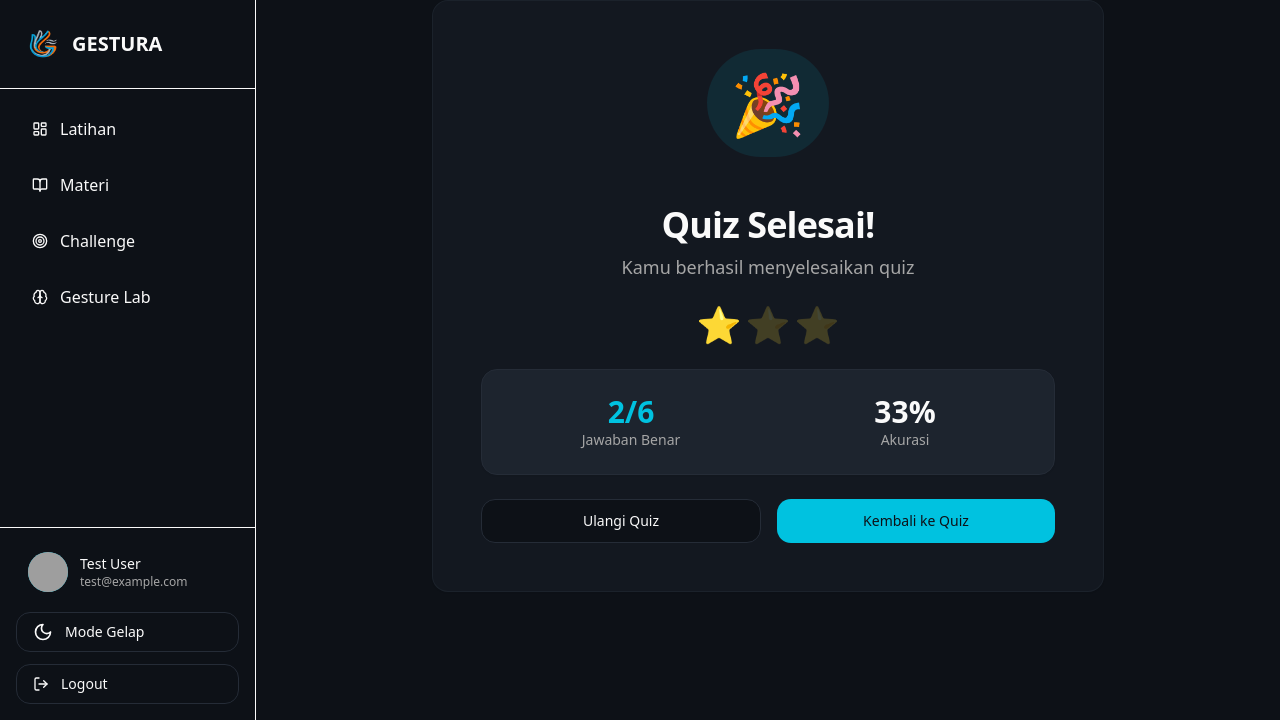
Repository: Tisna7/GESTURA
Page: http://localhost/latihan-isi-4
The author's editor kept a copy of each file at every save. The page is drawn from the files as they stood at one save, then again after the next save.
The browser window is 1280 px wide. The pictures show the whole page.
Pictures or frames that could not be fetched are drawn as grey boxes. The page is served by the project's Laravel application, run on PHP 8.4 with Laravel 12. A made-up administrator, Test User (test@example.com), is signed in. Other server files are loaded and not shown. Style sheets and scripts are compiled from the project's sources, by tool versions that may differ from the author's.

Above is the page before, as saved 2025-11-23 21:51:35.

### app/Providers/AppServiceProvider.php
<?php

namespace App\Providers;

use Illuminate\Support\ServiceProvider;

class AppServiceProvider extends ServiceProvider
{
    /**
     * Register any application services.
     */
    public function register(): void
    {

    }

    /**
     * Bootstrap any application services.
     */
    public function boot(): void
    {

    }
}

### routes/web.php
<?php

use Illuminate\Support\Facades\Route;
use App\Http\Controllers\AuthController;
use App\Http\Controllers\ProfileController;

Route::get('/', function () {
    return view('landingpage');
});

Route::get('/auth', [AuthController::class, 'showPage'])->name('auth.page');

// Route::post('/register', [AuthController::class, 'register'])->name('register');

// Route::post('/login', [AuthController::class, 'login'])->name('login');
// Route::post('/logout', [AuthController::class, 'logout'])->name('logout');


// REGISTER
Route::post('/register', [AuthController::class, 'register'])->name('auth.register');

// LOGIN
Route::post('/login', [AuthController::class, 'login'])->name('auth.login');

// LOGIN GUEST
Route::get('/login/guest', [AuthController::class, 'loginGuest'])->name('auth.guest');

// LOGOUT
Route::get('/logout', [AuthController::class, 'logout'])->name('auth.logout');


Route::get('/profile/edit', [ProfileController::class, 'edit'])->name('profile.edit');
Route::put('/profile/update', [ProfileController::class, 'update'])->name('profile.update');


Route::get('/profile', function () {
    return view('user.profile');
});
Route::get('/materi', function () {
    return view('user.materi');
});
Route::get('/gesturelab', function () {
    return view('user.gesture-lab-practice');
});
Route::get('/gesture-lab-translate', function () {
    return view('user.gesture-lab-translate');
});
Route::get('/materi-isi', function () {
    return view('user.materi-isi');
});
Route::get('/latihan', function () {
    return view('user.quiz');
});
Route::get('/latihan-isi-1', function () {
    return view('user.quiz-isi-1');
});
Route::get('/latihan-isi-2', function () {
    return view('user.quiz-isi-2');
});
Route::get('/latihan-isi-3', function () {
    return view('user.quiz-isi-3');
});
Route::get('/latihan-isi-4', function () {
    return view('user.quiz-isi-4');
});
Route::get('/Challenge', function () {
    return view('user.challenge');
});
Route::get('/Challenge-isi', function () {
    return view('user.challenge-isi');
});

### resources/views/user/quiz-isi-4.blade.php
@extends('app')
@section('title', 'Dashboard')

@section('content')
    <x-sidebar-user></x-sidebar-user>

    <main class="lg:ml-64 min-h-screen pt-10 lg:pt-0">
    <div
        class="rounded-lg border text-card-foreground shadow-sm p-12 bg-card border-border/50 text-center max-w-2xl mx-auto">
        <div class="space-y-6">
            <div class="inline-block p-6 rounded-full bg-primary/10">
                <div class="text-6xl">🎉</div>
            </div>
            <div>
                <h2 class="text-4xl font-bold mb-2">Quiz Selesai!</h2>
                <p class="text-muted-foreground text-lg">Kamu berhasil menyelesaikan quiz</p>
            </div>
            <div class="flex items-center justify-center gap-1">
                <div class="text-4xl opacity-100">⭐</div>
                <div class="text-4xl opacity-20">⭐</div>
                <div class="text-4xl opacity-20">⭐</div>
            </div>
            <div class="rounded-lg border text-card-foreground shadow-sm p-6 bg-muted/50 border-border/30">
                <div class="grid grid-cols-2 gap-6">
                    <div>
                        <div class="text-3xl font-bold text-primary">2/6</div>
                        <div class="text-sm text-muted-foreground">Jawaban Benar</div>
                    </div>
                    <div>
                        <div class="text-3xl font-bold">33%</div>
                        <div class="text-sm text-muted-foreground">Akurasi</div>
                    </div>
                </div>
            </div>
            <div class="flex gap-4"><button
                    class="inline-flex items-center justify-center gap-2 whitespace-nowrap text-sm font-medium ring-offset-background transition-colors focus-visible:outline-none focus-visible:ring-2 focus-visible:ring-ring focus-visible:ring-offset-2 disabled:pointer-events-none disabled:opacity-50 [&amp;_svg]:pointer-events-none [&amp;_svg]:size-4 [&amp;_svg]:shrink-0 border border-input bg-background hover:bg-accent hover:text-accent-foreground h-11 rounded-md px-8 flex-1">Ulangi
                    Quiz</button><button
                    class="inline-flex items-center justify-center gap-2 whitespace-nowrap text-sm font-medium ring-offset-background transition-colors focus-visible:outline-none focus-visible:ring-2 focus-visible:ring-ring focus-visible:ring-offset-2 disabled:pointer-events-none disabled:opacity-50 [&amp;_svg]:pointer-events-none [&amp;_svg]:size-4 [&amp;_svg]:shrink-0 bg-primary text-primary-foreground hover:bg-primary/90 h-11 rounded-md px-8 flex-1 hover-glow">Kembali
                    ke Quiz</button></div>
        </div>
    </div>
</main>

### resources/views/components/sidebar-user.blade.php
@php
    use Illuminate\Support\Facades\Auth;
@endphp



<aside
    class="fixed top-0 left-0 h-full bg-sidebar border-r border-sidebar-border shadow-medium z-40 transition-transform duration-300 -translate-x-full lg:translate-x-0 w-64">
    <div class="flex flex-col h-full">

        {{-- LOGO --}}
        <div class="lg:flex items-center gap-2 p-6 border-b border-sidebar-border">
            <div class="w-10 h-10 rounded-full bg-gradient-hero flex items-center justify-center shadow-soft">
                <img src="{{ asset('image/logo.png') }}" alt="MindCare Logo" class="w-8 h-8">
            </div>
            <div>
                <span class="text-xl font-bold bg-gradient-to-r from-primary to-accent bg-clip-text  block">
                    GESTURA
                </span>
            </div>
        </div>

        {{-- MENU --}}
        <nav class="flex-1 p-4 space-y-2 overflow-y-auto mt-10 lg:mt-0 ">

            {{-- Latihan --}}
            <a class="{{ request()->is('latihan') ? 'bg-sidebar-accent text-sidebar-accent-foreground font-medium shadow-soft'
                : 'text-sidebar-foreground hover:bg-sidebar-accent/50' }}
                flex items-center gap-3 px-4 py-3 rounded-xl transition-smooth"
                href="/latihan">

                <svg xmlns="http://www.w3.org/2000/svg" viewBox="0 0 24 24"
                    fill="none" stroke="currentColor" stroke-width="2"
                    stroke-linecap="round" stroke-linejoin="round"
                    class="lucide lucide-layout-dashboard w-4 h-4">
                    <rect width="7" height="9" x="3" y="3" rx="1"></rect>
                    <rect width="7" height="5" x="14" y="3" rx="1"></rect>
                    <rect width="7" height="9" x="14" y="12" rx="1"></rect>
                    <rect width="7" height="5" x="3" y="16" rx="1"></rect>
                </svg>

                <span>Latihan</span>
            </a>

            {{-- Materi --}}
            <a class="{{ request()->is('materi') ? 'bg-sidebar-accent text-sidebar-accent-foreground font-medium shadow-soft'
                : 'text-sidebar-foreground hover:bg-sidebar-accent/50' }}
                flex items-center gap-3 px-4 py-3 rounded-xl transition-smooth"
                href="/materi">

                <svg xmlns="http://www.w3.org/2000/svg" viewBox="0 0 24 24"
                    fill="none" stroke="currentColor" stroke-width="2"
                    stroke-linecap="round" stroke-linejoin="round"
                    class="lucide lucide-book-open w-4 h-4">
                    <path d="M12 7v14"></path>
                    <path
                        d="M3 18a1 1 0 0 1-1-1V4a1 1 0 0 1 1-1h5a4 4 0 0 1 4 4 4 4 0 0 1 4-4h5a1 1 0 0 1 1 1v13a1 1 0 0 1-1 1h-6a3 3 0 0 0-3 3 3 3 0 0 0-3-3z">
                    </path>
                </svg>

                <span>Materi</span>
            </a>

            {{-- Challenge --}}
            <a class="{{ request()->is('Challenge') ? 'bg-sidebar-accent text-sidebar-accent-foreground font-medium shadow-soft'
                : 'text-sidebar-foreground hover:bg-sidebar-accent/50' }}
                flex items-center gap-3 px-4 py-3 rounded-xl transition-smooth"
                href="/Challenge">

                <svg xmlns="http://www.w3.org/2000/svg" viewBox="0 0 24 24"
                    fill="none" stroke="currentColor" stroke-width="2"
                    stroke-linecap="round" stroke-linejoin="round"
                    class="lucide lucide-target w-4 h-4">
                    <circle cx="12" cy="12" r="10"></circle>
                    <circle cx="12" cy="12" r="6"></circle>
                    <circle cx="12" cy="12" r="2"></circle>
                </svg>

                <span>Challenge</span>
            </a>

            {{-- Gesture Lab --}}
            <a class="{{ request()->is('gesturelab') ? 'bg-sidebar-accent text-sidebar-accent-foreground font-medium shadow-soft'
                : 'text-sidebar-foreground hover:bg-sidebar-accent/50' }}
                flex items-center gap-3 px-4 py-3 rounded-xl transition-smooth"
                href="/gesturelab">

                <svg xmlns="http://www.w3.org/2000/svg" viewBox="0 0 24 24"
                    fill="none" stroke="currentColor" stroke-width="2"
                    stroke-linecap="round" stroke-linejoin="round"
                    class="lucide lucide-brain w-4 h-4">

                    <path d="M12 5a3 3 0 1 0-5.997.125 4 4 0 0 0-2.526 5.77 4 4 0 0 0 .556 6.588A4 4 0 1 0 12 18Z"></path>
                    <path d="M12 5a3 3 0 1 1 5.997.125 4 4 0 0 1 2.526 5.77 4 4 0 0 1-.556 6.588A4 4 0 1 1 12 18Z"></path>
                    <path d="M15 13a4.5 4.5 0 0 1-3-4 4.5 4.5 0 0 1-3 4"></path>

                </svg>

                <span>Gesture Lab</span>
            </a>
        </nav>

        {{-- BOTTOM SECTION --}}
        <div class="p-4 border-t border-sidebar-border space-y-3">

            {{-- User Button --}}
            <button
                class="w-full flex items-center gap-3 px-3 py-2 rounded-xl hover:bg-sidebar-accent transition-smooth"
                type="button">
                <span class="relative flex items-center justify-center shrink-0 overflow-hidden rounded-full w-10 h-10 bg-primary"><img class="h-full w-full object-cover"
        src="https://api.dicebear.com/7.x/avataaars/svg?seed={{ Auth::user()->profile_image }}"></span>
                <div class="flex-1 text-left">
                    <p class="text-sm font-medium text-sidebar-foreground">{{ Auth::user()->name }}</p>
                    <p class="text-xs text-muted-foreground">{{ Auth::user()->email }}</p>
                </div>
            </button>

            {{-- Mode Gelap --}}
            <button
                class="inline-flex items-center whitespace-nowrap rounded-md text-sm font-medium border border-input bg-background hover:bg-accent hover:text-accent-foreground h-10 px-4 py-2 w-full justify-start gap-3 hover:bg-accent transition-smooth">
                <svg xmlns="http://www.w3.org/2000/svg" viewBox="0 0 24 24"
                    fill="none" stroke="currentColor" stroke-width="2"
                    stroke-linecap="round" stroke-linejoin="round"
                    class="lucide lucide-moon w-4 h-4">
                    <path d="M12 3a6 6 0 0 0 9 9 9 9 0 1 1-9-9Z"></path>
                </svg>
                <span>Mode Gelap</span>
            </button>

            {{-- Logout --}}
            <form action="" method="POST">
                @csrf
                <button type="submit"
                    class="inline-flex items-center whitespace-nowrap rounded-md text-sm font-medium border border-input bg-background hover:bg-accent hover:text-accent-foreground h-10 px-4 py-2 w-full justify-start gap-3">

                    <svg xmlns="http://www.w3.org/2000/svg" viewBox="0 0 24 24"
                        fill="none" stroke="currentColor" stroke-width="2"
                        stroke-linecap="round" stroke-linejoin="round"
                        class="lucide lucide-log-out w-4 h-4">
                        <path d="M9 21H5a2 2 0 0 1-2-2V5a2 2 0 0 1 2-2h4"></path>
                        <polyline points="16 17 21 12 16 7"></polyline>
                        <line x1="21" x2="9" y1="12" y2="12"></line>
                    </svg>

                    <span>Logout</span>
                </button>
            </form>

        </div>
    </div>
</aside>




<script>
    const html = document.documentElement;
    const toggleDark = document.querySelector('.hover\\:bg-accent'); // tombol "Mode Gelap"
    const icon = toggleDark.querySelector('svg');
    const label = toggleDark.querySelector('span');

    // Cek tema yang tersimpan
    const storedTheme = localStorage.getItem("theme");
    const systemPrefersDark = window.matchMedia("(prefers-color-scheme: dark)").matches;

    // Fungsi ubah tema
    function setTheme(dark) {
        if (dark) {
            html.classList.add("dark");
            localStorage.setItem("theme", "dark");
            label.textContent = "Mode Terang";
            icon.outerHTML = `
        <svg xmlns="http://www.w3.org/2000/svg" width="24" height="24"
          viewBox="0 0 24 24" fill="none" stroke="currentColor"
          stroke-width="2" stroke-linecap="round" stroke-linejoin="round"
          class="lucide lucide-sun w-5 h-5">
          <circle cx="12" cy="12" r="4"></circle>
          <path d="M12 2v2"></path>
          <path d="M12 20v2"></path>
          <path d="m4.93 4.93 1.41 1.41"></path>
          <path d="m17.66 17.66 1.41 1.41"></path>
          <path d="M2 12h2"></path>
          <path d="M20 12h2"></path>
          <path d="m6.34 17.66-1.41 1.41"></path>
          <path d="m19.07 4.93-1.41 1.41"></path>
        </svg>`;
        } else {
            html.classList.remove("dark");
            localStorage.setItem("theme", "light");
            label.textContent = "Mode Gelap";
            icon.outerHTML = `
        <svg xmlns="http://www.w3.org/2000/svg" width="24" height="24"
          viewBox="0 0 24 24" fill="none" stroke="currentColor"
          stroke-width="2" stroke-linecap="round" stroke-linejoin="round"
          class="lucide lucide-moon w-5 h-5">
          <path d="M12 3a6 6 0 0 0 9 9 9 9 0 1 1-9-9Z"></path>
        </svg>`;
        }
    }

    // Terapkan tema saat load pertama
    setTheme(storedTheme === "dark" || (!storedTheme && systemPrefersDark));

    // Tambahkan event listener untuk toggle
    toggleDark.addEventListener("click", () => {
        setTheme(!html.classList.contains("dark"));
    });
</script>

### resources/views/app.blade.php
<!DOCTYPE html>
<html lang="id">
<head>
  <meta charset="UTF-8">
  <meta name="viewport" content="width=device-width, initial-scale=1.0">
  <meta name="csrf-token" content="{{ csrf_token() }}">
  <link rel="icon" type="image/png" href="{{ asset('images/logo.png') }}">
  <title>@yield('title', 'GESTURA')</title>

  <!-- Tailwind CSS -->
  {{-- @vite('public/build/app-Lz3KVd0D.css') --}}
  {{-- <!-- @vite('resources/css/app.css') --> --}}
   {{-- <!-- @vite('public/build/assets/app-TBPMHXQo.css') --> --}}

  @vite(['resources/css/app.css', 'resources/css/theme.css'])

  <script defer src="https://cdn.jsdelivr.net/npm/alpinejs@3.x.x/dist/cdn.min.js"></script>

</head>
<body>
  @yield('content')
</body>
</html>

### resources/css/app.css
@import 'tailwindcss';
@import "./theme.css";

@source '../../vendor/laravel/framework/src/Illuminate/Pagination/resources/views/*.blade.php';
@source '../../storage/framework/views/*.php';
@source '../**/*.blade.php';
@source '../**/*.js';

@theme {
    --font-sans: 'Instrument Sans', ui-sans-serif, system-ui, sans-serif, 'Apple Color Emoji', 'Segoe UI Emoji',
        'Segoe UI Symbol', 'Noto Color Emoji';

    --color-background: #ffabcc;
}

Loaded but not shown: app/Models/User.php (common file); resources/css/theme.css (library)

After the next save:
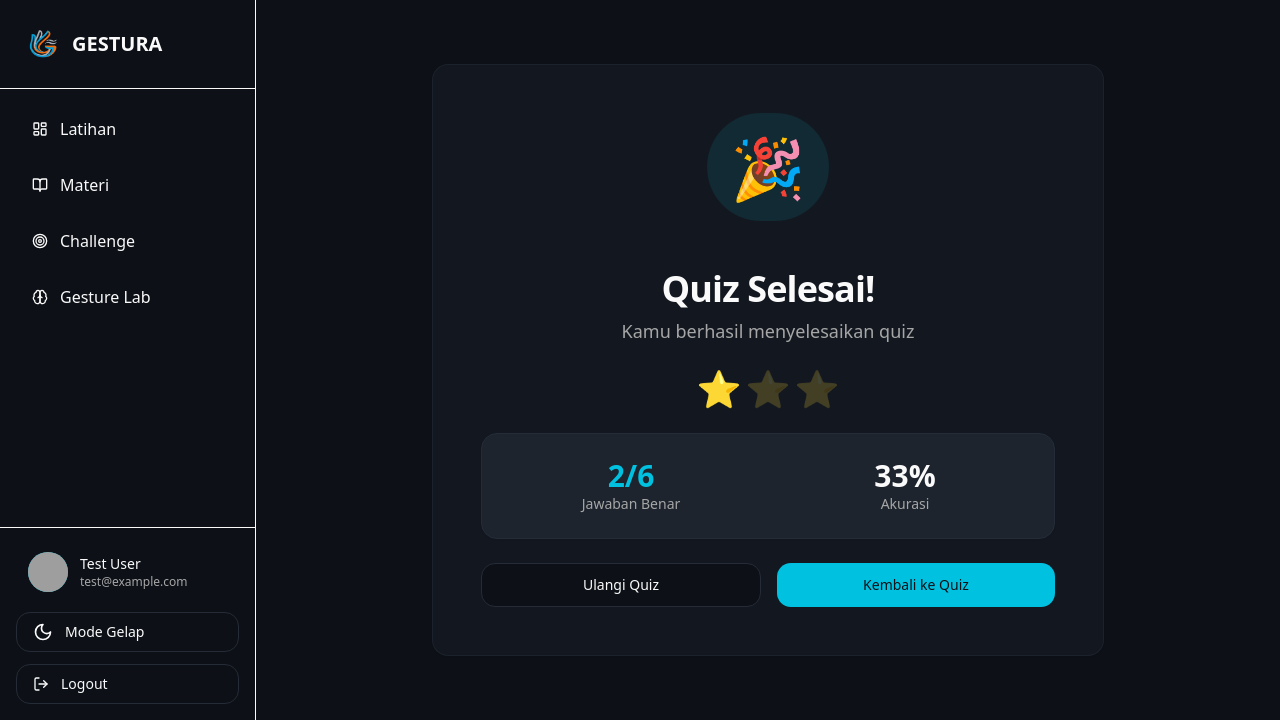
Saved 59 s later.
--- a/resources/views/user/quiz-isi-4.blade.php
+++ b/resources/views/user/quiz-isi-4.blade.php
@@ -4,39 +4,49 @@
 @section('content')
     <x-sidebar-user></x-sidebar-user>
 
-    <main class="lg:ml-64 min-h-screen pt-10 lg:pt-0">
-    <div
-        class="rounded-lg border text-card-foreground shadow-sm p-12 bg-card border-border/50 text-center max-w-2xl mx-auto">
-        <div class="space-y-6">
-            <div class="inline-block p-6 rounded-full bg-primary/10">
-                <div class="text-6xl">🎉</div>
-            </div>
-            <div>
-                <h2 class="text-4xl font-bold mb-2">Quiz Selesai!</h2>
-                <p class="text-muted-foreground text-lg">Kamu berhasil menyelesaikan quiz</p>
-            </div>
-            <div class="flex items-center justify-center gap-1">
-                <div class="text-4xl opacity-100">⭐</div>
-                <div class="text-4xl opacity-20">⭐</div>
-                <div class="text-4xl opacity-20">⭐</div>
-            </div>
-            <div class="rounded-lg border text-card-foreground shadow-sm p-6 bg-muted/50 border-border/30">
-                <div class="grid grid-cols-2 gap-6">
-                    <div>
-                        <div class="text-3xl font-bold text-primary">2/6</div>
-                        <div class="text-sm text-muted-foreground">Jawaban Benar</div>
-                    </div>
-                    <div>
-                        <div class="text-3xl font-bold">33%</div>
-                        <div class="text-sm text-muted-foreground">Akurasi</div>
+    <main class="lg:ml-64 min-h-screen pt-10 lg:pt-0 flex items-center justify-center">
+        <div
+            class="rounded-lg border text-card-foreground shadow-sm p-12 bg-card border-border/50 text-center max-w-2xl w-full mx-auto">
+            <div class="space-y-6">
+                <div class="inline-block p-6 rounded-full bg-primary/10">
+                    <div class="text-6xl">🎉</div>
+                </div>
+                <div>
+                    <h2 class="text-4xl font-bold mb-2">Quiz Selesai!</h2>
+                    <p class="text-muted-foreground text-lg">Kamu berhasil menyelesaikan quiz</p>
+                </div>
+
+                <div class="flex items-center justify-center gap-1">
+                    <div class="text-4xl opacity-100">⭐</div>
+                    <div class="text-4xl opacity-20">⭐</div>
+                    <div class="text-4xl opacity-20">⭐</div>
+                </div>
+
+                <div class="rounded-lg border text-card-foreground shadow-sm p-6 bg-muted/50 border-border/30">
+                    <div class="grid grid-cols-2 gap-6">
+                        <div>
+                            <div class="text-3xl font-bold text-primary">2/6</div>
+                            <div class="text-sm text-muted-foreground">Jawaban Benar</div>
+                        </div>
+                        <div>
+                            <div class="text-3xl font-bold">33%</div>
+                            <div class="text-sm text-muted-foreground">Akurasi</div>
+                        </div>
                     </div>
                 </div>
+
+                <div class="flex gap-4">
+                    <button
+                        class="inline-flex items-center justify-center gap-2 whitespace-nowrap text-sm font-medium border border-input bg-background hover:bg-accent hover:text-accent-foreground h-11 rounded-md px-8 flex-1">
+                        Ulangi Quiz
+                    </button>
+
+                    <button
+                        class="inline-flex items-center justify-center gap-2 whitespace-nowrap text-sm font-medium bg-primary text-primary-foreground hover:bg-primary/90 h-11 rounded-md px-8 flex-1 hover-glow">
+                        Kembali ke Quiz
+                    </button>
+                </div>
             </div>
-            <div class="flex gap-4"><button
-                    class="inline-flex items-center justify-center gap-2 whitespace-nowrap text-sm font-medium ring-offset-background transition-colors focus-visible:outline-none focus-visible:ring-2 focus-visible:ring-ring focus-visible:ring-offset-2 disabled:pointer-events-none disabled:opacity-50 [&amp;_svg]:pointer-events-none [&amp;_svg]:size-4 [&amp;_svg]:shrink-0 border border-input bg-background hover:bg-accent hover:text-accent-foreground h-11 rounded-md px-8 flex-1">Ulangi
-                    Quiz</button><button
-                    class="inline-flex items-center justify-center gap-2 whitespace-nowrap text-sm font-medium ring-offset-background transition-colors focus-visible:outline-none focus-visible:ring-2 focus-visible:ring-ring focus-visible:ring-offset-2 disabled:pointer-events-none disabled:opacity-50 [&amp;_svg]:pointer-events-none [&amp;_svg]:size-4 [&amp;_svg]:shrink-0 bg-primary text-primary-foreground hover:bg-primary/90 h-11 rounded-md px-8 flex-1 hover-glow">Kembali
-                    ke Quiz</button></div>
         </div>
-    </div>
-</main>
+    </main>
+@endsection
